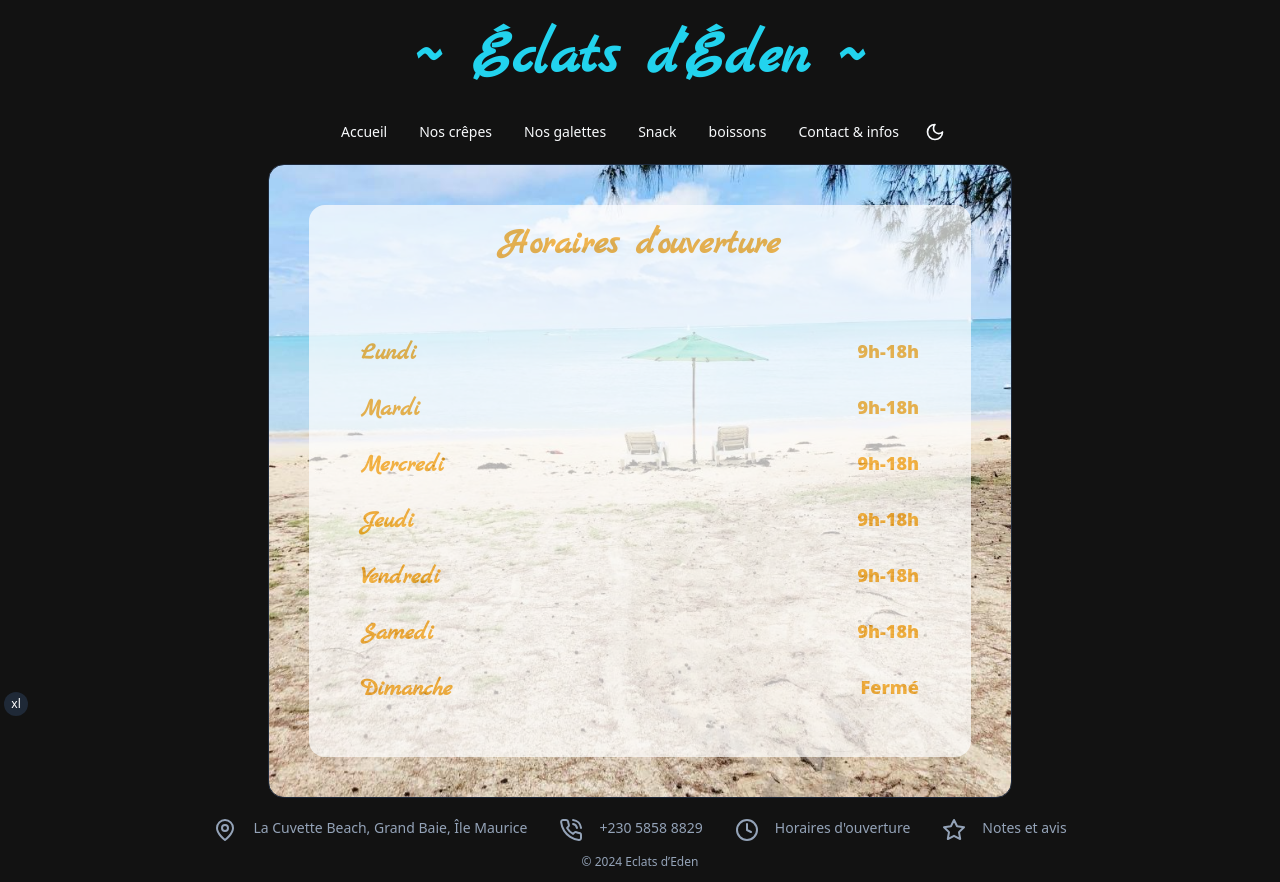
Repository: jeffMauritius/eclats-deden
Page: /schedule
These files come from the project's save history. The page is drawn as it stood at one moment and after the next save; the edit follows.
The browser window is 1280 px wide. The pictures show the whole page.
The project was rebuilt for these pictures with package versions that can differ from the ones it lists, and the page was loaded fresh each time. The framework's server and built-in components were replaced by stand-ins that run in the browser. Also part of the build but not shown: next.config.mjs.

Above is the page before, as saved 2024-08-14 11:51:28.

After the next save:
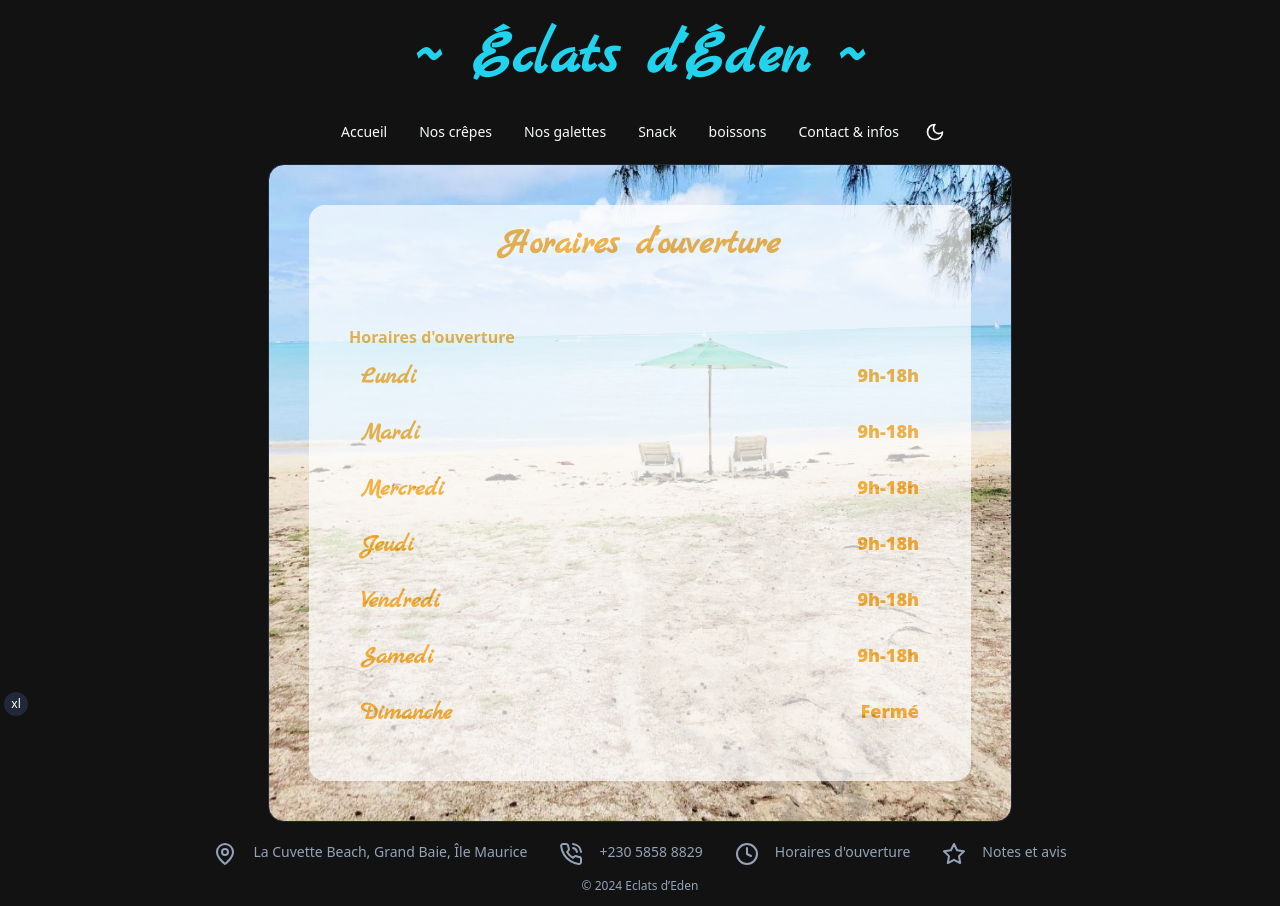
Saved 84 s later.
--- a/src/components/scheduleComponent.tsx
+++ b/src/components/scheduleComponent.tsx
@@ -2,6 +2,7 @@ const ScheduleComponent = () => {
   return (
     <div>
       <div className="rounded p-5  font-extrabold text-amber-500 md:p-10">
+        {"Horaires d'ouverture"}
         <div className="flex justify-between p-3  font-display text-2xl ">
           <div>Lundi</div>
           <div className="font-body text-lg">9h-18h</div>
